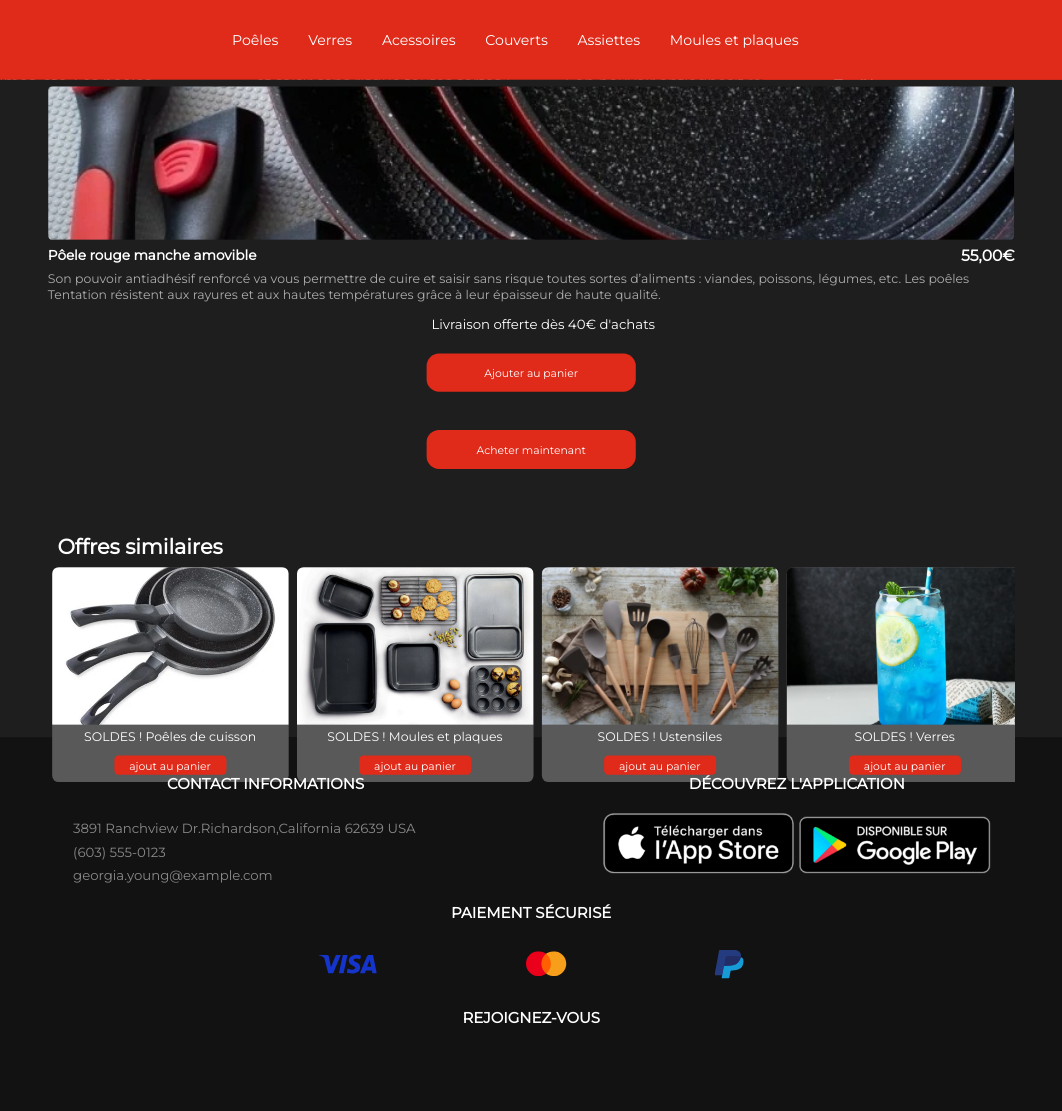
Repository: Juannpl/Luxury-Kicthen
Page: html/page_produits.html
These files come from the project's save history. The page is drawn as it stood at one moment and after the next save; the edit follows.
The browser window is 1280 px wide. The pictures show the whole page, at 83% of full size.
Some icons come from a web library that is not loaded, so they are not drawn.

Above is the page before, as saved 2023-02-16 10:42:01.

### html/page_produits.html
<!DOCTYPE html>
<html lang="fr">

<head>
    <meta charset="UTF-8">
    <meta http-equiv="X-UA-Compatible" content="IE=edge">
    <meta name="viewport" content="width=device-width, initial-scale=1.0">

    <link rel="stylesheet" href="../css/page_produits.css">
    <script src="https://unpkg.com/boxicons@2.1.4/dist/boxicons.js"></script>

    <title>Mon Panier</title>
</head>

<body>
    <header class="header">
        <nav class="nav_container row">
            <div class="logo">
                <p>LUXURY KITCHEN</p>
                <box-icon name='chevron-left' type='solid' color='#ffffff' size="lg"></box-icon>
            </div>
            <div class="barre_categorie">
                <ul class="row">
                    <li><a href="#">Poêles</a></li>
                    <li><a href="#">Verres</a></li>
                    <li><a href="#">Acessoires</a></li>
                    <li><a href="#">Couverts</a></li>
                    <li><a href="#">Assiettes</a></li>
                    <li><a href="#">Moules et plaques</a></li>
                </ul>
            </div>
            <div class="nav_list">
                <ul class="row">
                    <li class="items_list">
                        <box-icon name='shopping-bag' color='#ffffff' size='1.7rem'></box-icon>
                    </li>
                    <li class="items_list">
                        <box-icon name='user-circle' type='solid' color='#ffffff' size='1.7rem'></box-icon>
                    </li>
                    <a id="openBtn">
                        <li class="items_list">
                            <box-icon name='menu' color='#ffffff' size=2.2rem></box-icon>
                        </li>
                    </a>
                </ul>
            </div>
        </nav>
        <div id="transparent"></div>
        <section id="barre_categorie_mobile">
            <div id="closeBtn">
                <box-icon name='x' color='#ffffff' size='3rem'></box-icon>
            </div>
            <div class="nav_contents row">
                <div>
                    <ul class="row">
                        <li><a href="#">Poêles</a></li>
                        <li><a href="#">Verres</a></li>
                        <li><a href="#">Acessoires</a></li>
                        <li><a href="#">Couverts</a></li>
                        <li><a href="#">Assiettes</a></li>
                        <li><a href="#">Moules et plaques</a></li>
                    </ul>
                </div>
                <div>
                    <p class="opacityy">
                        Devenez membre pour accéder au meilleur des produits.
                    </p>
                </div>
                <div>
                    <button type="button" class="btn-black">Nous rejoindre</button>
                </div>
                <div>
                    <button type="button" class="btn-clear">S'identifier</button>
                </div>
                <div class="items">
                    <div class="roww">
                        <box-icon name='shopping-bag' color='#ffffff' size='1.7rem'></box-icon>
                        <p>Panier</p>
                    </div>
                    <div class="roww">
                        <box-icon type='solid' name='package' color='#ffffff' size='1.7rem'></box-icon>
                        <p>Commande</p>
                    </div>
                    <div class="roww">
                        <box-icon name='user-circle' type='solid' color='#ffffff' size='1.7rem'></box-icon>
                        <p>Mon profil</p>
                    </div>
                </div>
                <div class="reseaux row">
                    <div class="sociaux">
                        <box-icon name='facebook-circle' type='logo' color='#ffffff'></box-icon>
                    </div>
                    <div class="sociaux">
                        <box-icon name='twitter' type='logo' color='#ffffff'></box-icon>
                    </div>
                    <div class="sociaux">
                        <box-icon name='instagram-alt' type='logo' color='#ffffff'></box-icon>
                    </div>
                </div>
            </div>
        </section>
        <!-- FIN DE LA BARRE DE NAVIGATION MOBILE -->
    </header>
    <main>
        <section class="tout">
            <div class="wrap">
                <div class="picture"><img src="../img/poêle/poele1.webp" alt="POÊLE"></div>
                <div class="texte">
                    <div class="nom_du_produit">
                        <h3>Pôele rouge manche amovible</h3>
                    </div>
                    <div class="price">
                        <h3>55,00€</h3>
                    </div>
                    <div class="descriptif opacityy">
                        Son pouvoir antiadhésif renforcé va vous permettre de cuire et saisir sans risque toutes sortes
                        d’aliments : viandes, poissons, légumes, etc. Les poêles Tentation résistent aux rayures et aux
                        hautes
                        températures grâce à leur épaisseur de haute qualité.
                    </div>
                </div>
                <div class="buy">
                    <div class="sentence">
                        <box-icon type='solid' name='truck' color="white"></box-icon>
                        <p>Livraison offerte dès 40€ d'achats</p>
                    </div>
                    <button class="unique">
                        <p>Ajouter au panier</p>
                    </button>
                    <button class="unique">
                        <p>Acheter maintenant</p>
                    </button>
                </div>
            </div>
            <div class="swipe">
                <div class="titre">
                    <h1>
                        Offres similaires
                    </h1>
                </div>
                <div class="containeer">
                    <div class="card">
                        <div class="controlee">
                            <img src="../img/poêle/poele10.webp" alt="poele" class="top_img">
                        </div>
                        <div class="descr_panier_top">
                            <div class="text_panier">
                                <p>SOLDES ! Poêles de cuisson</p>
                            </div>
                            <div class="panier_prix">
                                <div class="ajout_panier">
                                    <form action="#">
                                        <a href="#"><button type="submit">
                                                <p class="p_botton">ajout au panier</p>
                                            </button></a>
                                    </form>
                                </div>
                            </div>
                        </div>
                    </div>
                    <div class="card">
                        <div class="controlee">
                            <img src="../img/moules/moule1.jpg" alt="poele" class="top_img">
                        </div>
                        <div class="descr_panier_top">
                            <div class="text_panier">
                                <p>SOLDES ! Moules et plaques</p>
                            </div>
                            <div class="panier_prix">
                                <div class="ajout_panier">
                                    <form action="#">
                                        <a href="#">
                                            <button type="submit">
                                                <p class="p_botton">ajout au panier</p>
                                            </button>
                                        </a>
                                    </form>
                                </div>
                            </div>
                        </div>
                    </div>
                    <div class="card">
                        <div class="controlee">
                            <img src="../img/accessoire/accessoire2.webp" alt="poele" class="top_img">
                        </div>
                        <div class="descr_panier_top">
                            <div class="text_panier">
                                <p>SOLDES ! Ustensiles</p>
                            </div>
                            <div class="panier_prix">
                                <div class="ajout_panier">
                                    <form action="#">
                                        <a href="#">
                                            <button type="submit">
                                                <p class="p_botton">ajout au panier</p>
                                            </button>
                                        </a>
                                    </form>
                                </div>
                            </div>
                        </div>
                    </div>
                    <div class="card">
                        <div class="controlee">
                            <img src="../img/verres/verre10.jpg" alt="verre" class="top_img">
                        </div>
                        <div class="descr_panier_top">
                            <div class="text_panier">
                                <p>SOLDES ! Verres</p>
                            </div>
                            <div class="panier_prix">
                                <div class="ajout_panier">
                                    <form action="#">
                                        <a href="#">
                                            <button type="submit">
                                                <p class="p_botton">ajout au panier</p>
                                            </button>
                                        </a>
                                    </form>
                                </div>
                            </div>
                        </div>
                    </div>
                    <div class="card">
                        <div class="controlee">
                            <img src="../img/couverts/couvert1.png" alt="poele" class="top_img">
                        </div>
                        <div class="descr_panier_top">
                            <div class="text_panier">
                                <p>SOLDES ! Couverts</p>
                            </div>
                            <div class="panier_prix">
                                <div class="ajout_panier">
                                    <form action="#">
                                        <a href="#"><button type="submit">
                                                <p class="p_botton">ajout au panier</p>
                                            </button></a>
                                    </form>
                                </div>
                            </div>
                        </div>
                    </div>
                </div>
            </div>
        </section>
    </main>
    <footer>
        <div class="container-footer">
            <div class="container-footer-tablet">
                <div class="contact-infos">
                    <h3>CONTACT INFORMATIONS</h3>
                    <p>
                        <box-icon name='been-here' type='solid' color='#ffffff'></box-icon>3891 Ranchview
                        Dr.Richardson,California 62639 USA
                    </p>
                    <p>
                        <box-icon type='solid' name='phone' color='#ffffff'></box-icon>(603) 555-0123
                    </p>
                    <p>
                        <box-icon type='solid' name='envelope' color='#ffffff'></box-icon>georgia.young@example.com
                    </p>
                </div>
                <div class="download">
                    <h3>DÉCOUVREZ L'APPLICATION</h3>
                    <a href=""><img src="../img/footer/App-Store-picto-300x94.png" class="picto" id="apple"
                            alt="Le pictogramme de l'apple store"></a>
                    <a href=""><img src="../img/footer/Google-Play-picto-300x89.png" class="picto"
                            alt="Le pictogramme de google play"></a>
                </div>
            </div>
            <div class="paiement">
                <h3>PAIEMENT SÉCURISÉ</h3>
                <div class="logos-paiement">
                    <img src="../img/footer/Visa_2021.svg" class="logos" id="visa" alt="Le logo de visa">
                    <img src="../img/footer/Mastercard_2019_logo.svg" class="logos" id="mastercard"
                        alt="Le logo de mastercard">
                    <img src="../img/footer/PayPal_Logo_Icon_2014.svg" class="logos" id="paypal"
                        alt="Le logo de paypal ">
                </div>
            </div>
            <div class="social-media">
                <h3>REJOIGNEZ-VOUS</h3>
                <box-icon name='facebook-circle' type='logo' color='#ff0800'></box-icon>
                <box-icon name='twitter' type='logo' color='#ff0800'></box-icon>
                <box-icon name='instagram-alt' type='logo' color='#ff0800'></box-icon>
            </div>
        </div>
    </footer>
    <script src="../script.js"></script>
</body>

</html>

### css/page_produits.css
/*

    GENERAL

*/

@import url('https://fonts.googleapis.com/css2?family=Montserrat&family=Roboto&display=swap');

:root{
    --rougelinear: rgba(224, 43, 26, 1);
    --rougetext: #E02B1A;
    --blanc: #fff;
    --noirclair: #1E1E1E;
    --noir: #121212;
    --gris: #595959;
}

*/*,
*::after,
*::before*/{
    margin: 0;
    padding: 0;
    box-sizing: inherit;
    list-style: none;
    text-decoration: none;
    font-family: 'Montserrat', 'sans-serif';
}

html{
    width: 100%;
    overflow-x: hidden;
}

main img{
    width: 100%;
    height: 100%;
    object-fit: cover;
    border-radius: 5px;
}

/*

    HEADER

*/

.header{
    background-color: var(--rougelinear);
    height: 6rem;
    display: grid;
    align-items: center;
    position: relative;
}

.logo{
    color: var(--blanc);
    font-size: 0.9em;
    font-weight: 600;
    text-align: center;
    padding-left: 5%;
    display: flex;
}

.logo p{
    display: none;
}

.barre_categorie{
    display: none;
}

#closeBtn{
    position: absolute;
    top: 5%;
    right: 10%;
    cursor: pointer;
}

#barre_categorie_mobile{
    color: var(--blanc);
    width: 308px;
    position: absolute;
    z-index: -1;
    top: 0;
    right: 0;
    background-color: var(--rougelinear);
    transition: left 0.5s ease;
    display: flex;
    align-items: center;
    flex-direction: column;
    box-shadow: 0px 4px 4px 0px rgba(0, 0, 0, 0.25);
}

/* Active class */
#barre_categorie_mobile.active{
    z-index: 3;
}

#transparent.active{
    z-index: 2;
}

#transparent{
    position: fixed;
    top: 0;
    right: 0;
    width: 100%;
    height: 100vh;
    z-index: -1;
    background: rgba(255, 255, 255, 0.28);
    backdrop-filter: blur(3.8px);
    -webkit-backdrop-filter: blur(3.8px);
}

.reseaux{
    justify-content: center;
}

.sociaux{
    padding: 2% ;
}

#barre_categorie_mobile ul{
    flex-direction: column;
}

#barre_categorie_mobile ul a{
    color: var(--blanc);
    font-weight: 550;
    font-size: 23px;
}

#barre_categorie_mobile ul li{
    margin: 15px 0px;
}

.nav_container{
    justify-content: space-between;
    /* text-align: center; */
    align-items: center;
}

.row{
    display: flex;
}

.items_list{
    padding: 0 0.5rem;
    height: auto;
    display: grid;
    align-items: center;
    cursor: pointer;
}

.nav_list{
    padding-right: 3%;
}

.nav_contents{
    width: 80%;
    flex-direction: column;
    margin-top: 20%;
}

.nav_contents div{
    margin: 5% 0;
}

.btn-black{
    width: 171px;
    height: 35px;
    background-color: var(--noir);
    color: var(--blanc);
    border: 0px;
    border-radius: 20px;
    font-family: Montserrat;
    font-size: 18px;
}

.btn-clear{
    border: 1.7px solid var(--blanc);
    color: var(--blanc);
    background-color: transparent;
    width: 133px;
    height: 33px;
    border-radius: 20px;
    font-family: Montserrat;
    font-size: 18px;
}

.roww{
    display: flex;
    align-items: center;
    margin: 5% 0;
}

.opacityy{
    opacity: 63%;
}

.items p{
    margin-left: 5%;
}

/* desktop = 1224px, tablette = 768px */
/* BARRE DE ATEGORIE EN RESPONSIVE */

@media only screen and (min-width: 768px){
    .logo{
        font-size: 20px;
    }
}

@media only screen and (min-width: 1224px){
    .descr_panier_top .text_panier p{
        font-size: 18px;
    }

    .text_panier p{
        font-size: 13px;
    }

    .barre_categorie_mobile{
        display: none;
    }

    .barre_categorie{
        display: revert;
        width: 70%;
    }

    .barre_categorie li{
        padding: 0% 2%;
    }

    .barre_categorie a{
        color: var(--blanc);
        font-weight: 500;
        font-size: 17px;
    }

    .nav_list {
        padding-right: 0;
    }

    .logo {
        padding-left: 0;
    }

    .row {
        justify-content: center;
    }

    #openBtn{
        display: none;
    }
}

/*

    MAIN

*/

main{
    display: flex;
    flex-direction: column;
    background-color: var(--noirclair);
    justify-content: center;
    align-items: center;
    color: var(--blanc);
    height: 110vh;
}

.tout{
    width: 91%;
    height: 98%;
    display: flex;
    justify-content: space-between;
    flex-direction: column;
}

.picture{
    width: 100%;
    height: 35%;
}

.nom_du_produit{
    width: 75%;
    font-size: 14px;

    display: flex;
    align-items: center;
}

.price{
    width: 25%;

    display: flex;
    justify-content: flex-end;
    align-items: center;
}

.descriptif{
    width: 100%;
    font-size: 15px;
}

.texte{
    display: flex;
    flex-wrap: wrap;
    height: 17%;
}

.buy{
    display: flex;
    flex-direction: column;
    align-items: center;
}

.sentence{
    display: flex;
    flex-direction: row;
    align-items: center;
}

.sentence p{
    margin-left: 5px;
}

.unique{
    padding: 1% 5%;
    margin: 2% 0%;
    border-radius: 15px;
}

.wrap{
    height: 68%;


}

/*

    SWIPE

*/

.controlee{
    width: 285px;
}

.descr_panier_top{
    display: flex;
    align-items: center;
    flex-direction: column;
}

.descr_panier_top .text_panier p{
    font-family: Montserrat;
    font-size: 15px;
    font-weight: 500;
}

.card img {
    height: 190px;
    object-fit: cover;
    width: 100%;
    border-radius: 8px 8px 0 0;
}

/*

    SWIPE

*/

.titre{
    height: 23px;
    /* width: 356px; */
    color: var(--blanc);
    margin: 1%;
    /* padding-bottom: 3%; */
}

.titre h1{
    font-family: Montserrat;
    font-size: 25px;
    font-weight: 00;
}

.controle{
    width: 206px;
}

.containeer {
    -ms-overflow-style: none;
    scrollbar-width: none;
    width: auto;
    overflow-y: hidden;
    overflow-x: scroll;
    display: flex;
    align-items: stretch;
    scroll-snap-type: x mandatory;
}

.containeer::-webkit-scrollbar {
    display: none;
}

.containeer .card {
    background-color: #595959;
    border-radius: 8px;
    color: #fff;
    margin: 5px;
    height: 100%;
}

.containeer .card .content {
    position: absolute;
    bottom: 10px;
    padding: 20px;
    page-break-after: 20px;
    text-align: center;
}

button {
    background: #E02B1A;
    border: none;
    border-radius: 5px;
    height: 23px;
    width: 135px;
    color: white;
    font-size: 13px;
    font-weight: 500;
}

.card img {
    height: 190px;
    object-fit: cover;
    width: 100%;
    border-radius: 8px 8px 0 0;
}

.descr_panier {
    padding: 3%;
}

.text_panier p {
    font-family: 'Montserrat';
    font-style: normal;
    font-weight: 500;
    font-size: 11px;
    color: #FFFFFF;
}

.prix {
    display: flex;
    align-items: center;
}

.panier_prix {
    display: flex;
    align-items: center;
    justify-content: space-between;
    padding: 5% 0 3% 0;
}


/* ---------- Footer ---------- */



footer{
    width: 100%;
    align-items: center;
    font-family: 'Montserrat', sans-serif;
}

.container-footer{
    height: 400px;
    display: flex;
    flex-direction: column;
    padding-top: 20px;
    background-color: #121212;
    color: white;
    font-size: 1.2rem;
}

.contact-infos{
    display: none;
}

.contact-infos p{
    font-size: 16px;
    color: rgb(255, 255, 255, .5);
}

.container-footer h3{
    text-align: center;
    margin: 25px 0 25px 0;
    font-size: 18px;
}

.download{
    text-align: center;
}

.picto{
    width: 30%;
}

.logos-paiement{
    width: 60%;
    height: 50px;
    display: flex;
    justify-content:space-between;
    align-items: center;
    margin: auto;
}

#visa{
    width: 70px;
    height: 95px;
}

#mastercard{
    width: 70px;
    height: 30px;
}

#paypal{
    width: 35px;
    height: 35px;
}

.social-media{
    text-align: center;
    margin-top: 5px;
}

@media only screen and (min-device-width : 768px){

    /* ---------- Footer ---------- */

    .container-footer{
        height: 430px;
    }

    .container-footer-tablet{
        display: flex;
        justify-content: space-around;
    }

    .contact-infos{
        width: 40%;
        display: flex;
        flex-direction: column;
        text-align:left;
    }

    .download{
        width: 40%;
    }

    .picto{
        width: 45%
    }

    .logos-paiement{
        width: 40%;
    }
}

@media only screen and (min-device-width : 1224px){

    /* ---------- Footer ---------- */

        .logos-paiement{
            width: 20%;
        }

        .paiement h3{
            padding-top: 1%
        }
}

### script.js
var navMobile = document.getElementById("barre_categorie_mobile");
var transparent = document.getElementById("transparent");
var openBtn = document.getElementById("openBtn");
var closeBtn = document.getElementById("closeBtn");

openBtn.onclick = openNav;
closeBtn.onclick = closeNav;

/* Set the width of the side navigation to 250px */
function openNav() {
  navMobile.classList.add("active");
  transparent.classList.add("active");
}

/* Set the width of the side navigation to 0 */
function closeNav() {
  navMobile.classList.remove("active");
  transparent.classList.remove("active");
}

After the next save:
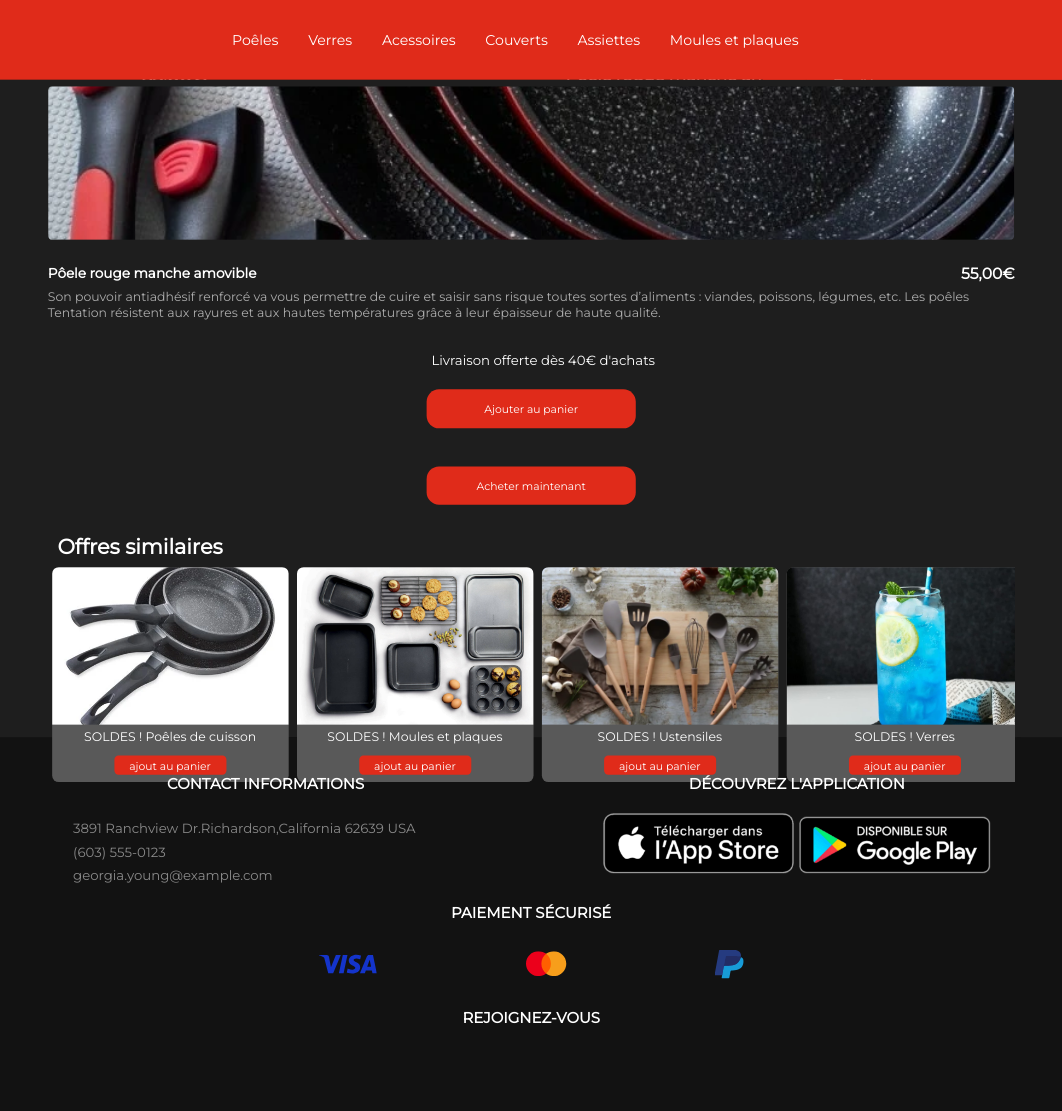
Saved 15 s later.
--- a/css/page_produits.css
+++ b/css/page_produits.css
@@ -337,7 +337,9 @@
 .wrap{
     height: 68%;
 
-
+    display: flex;
+    justify-content: space-between;
+    flex-direction: column;
 }
 
 /*
